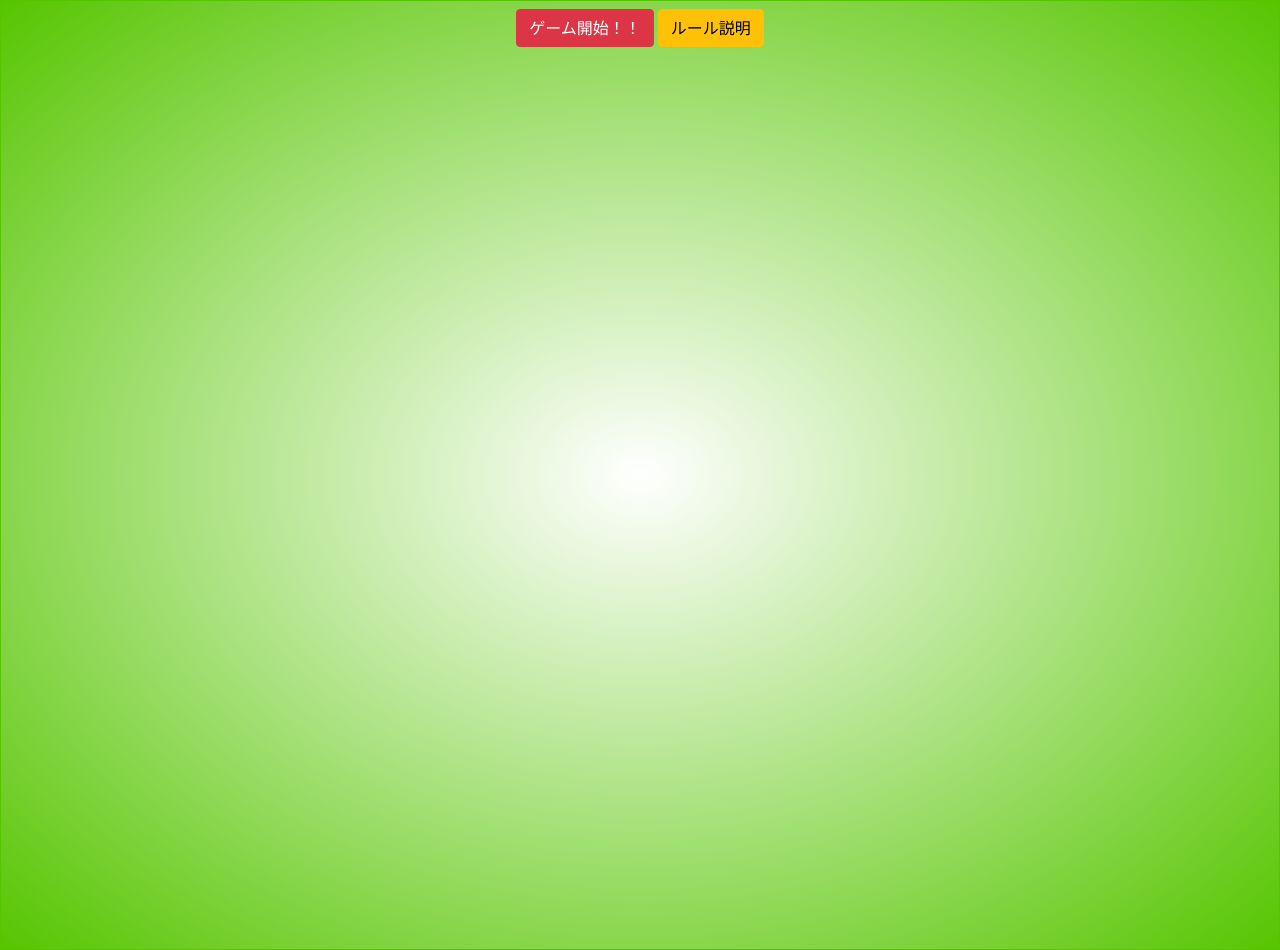
Repository: e1b21074/field_arena
Page: .log/field_arena/src/main/resources/static/index.html
The author's editor kept a copy of each file at every save. The page is drawn from the files as they stood at one save, then again after the next save.
The browser window is 1280 px wide. The pictures show the whole page.

Above is the page before, as saved 2024-01-09 14:49:11.

After the next save:
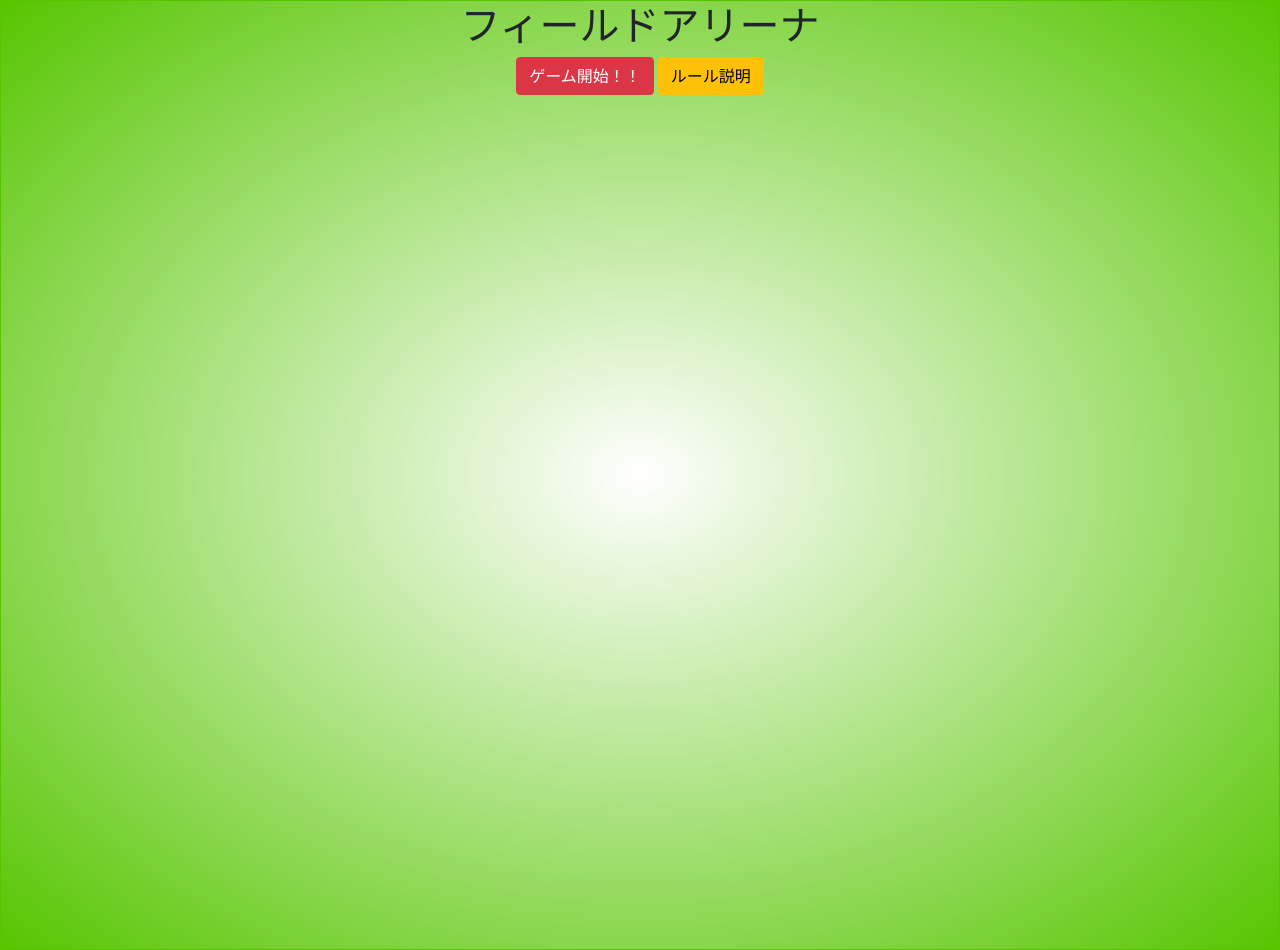
Saved 12 s later.
--- a/.log/field_arena/src/main/resources/static/index.html
+++ b/.log/field_arena/src/main/resources/static/index.html
@@ -21,7 +21,7 @@
 
 <body class="gradient">
   <center>
-    <h1></h1>
+    <h1>フィールドアリーナ</h1>
     <button type="button" class="btn btn-danger" onclick="location.href='/gamearea'">ゲーム開始！！</button>
     <button type="button" class="btn btn-warning" onclick="location.href='/rule'">ルール説明</button>
   </center>
